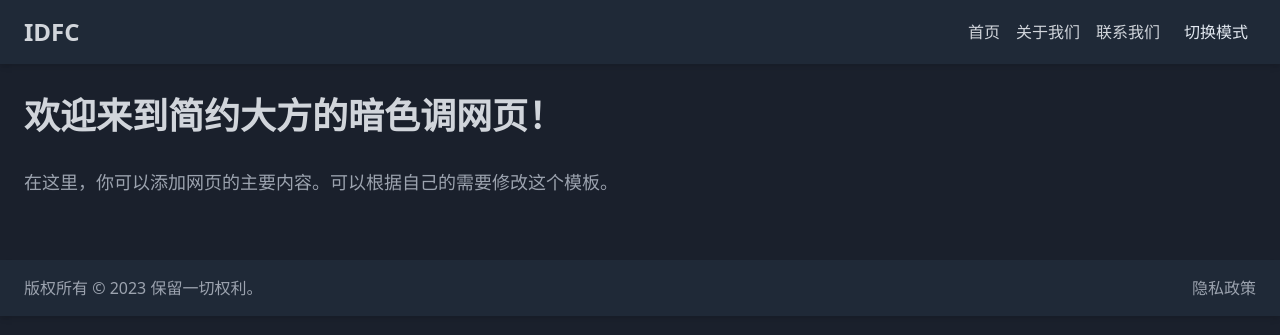
Repository: skybainiao/HackerStarter
Page: index.html
The author's editor kept a copy of each file at every save. The page is drawn from the files as they stood at one save, then again after the next save.
The browser window is 1280 px wide. The pictures show the whole page.

Above is the page before, as saved 2023-04-08 15:44:05.

After the next save:
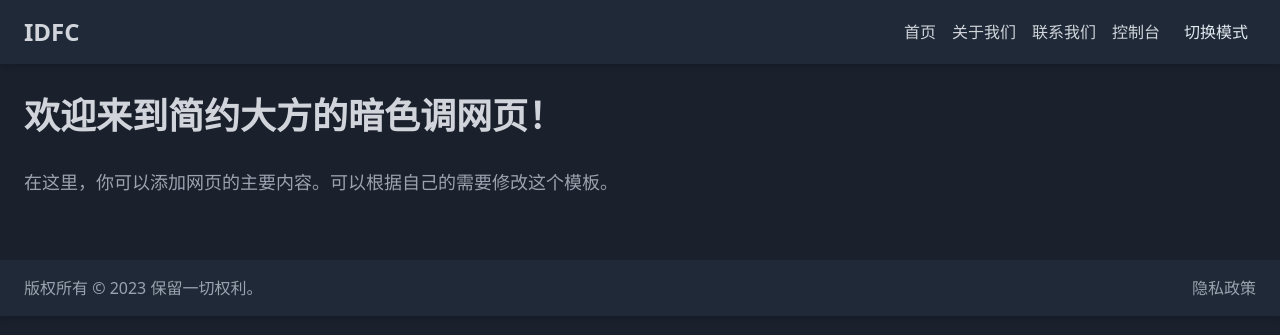
Saved 22 s later.
--- a/index.html
+++ b/index.html
@@ -20,6 +20,7 @@
                     <a href="#" class="text-gray-300 hover:text-white">首页</a>
                     <a href="#" class="text-gray-300 hover:text-white">关于我们</a>
                     <a href="#" class="text-gray-300 hover:text-white">联系我们</a>
+                    <a href="#" class="text-gray-300 hover:text-white">控制台</a>
                     <button id="themeToggle" class="text-[var(--text-main)] p-2 rounded focus:outline-none focus:ring-2 focus:ring-[var(--text-main)]">切换模式</button>
                 </div>
             </div>
